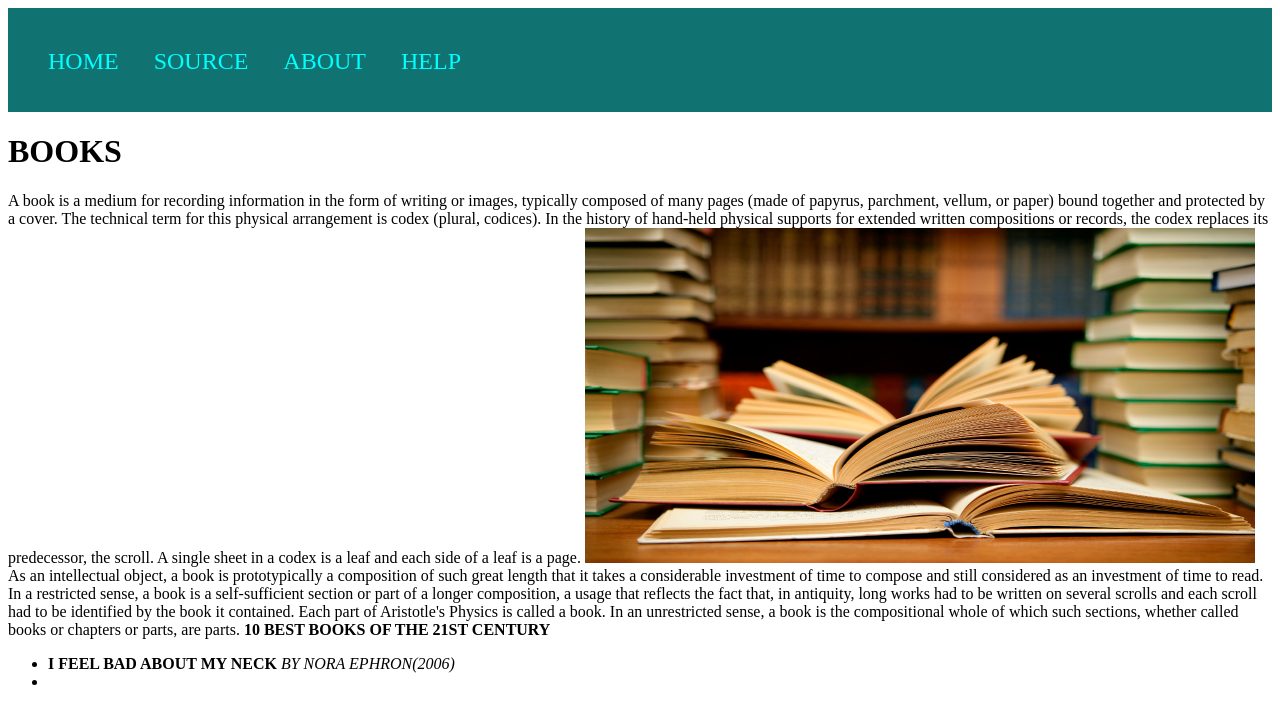
Repository: Hanan-arts/websites
Page: 01 web design/website.html
An editor plug-in stored every save of this project. The page is shown before and after a run of saves, followed by the edit.
The browser window is 1280 px wide. The pictures show the whole page.

Above is the page before, as saved 2021-02-13 21:21:44.

After the next 2 saves:
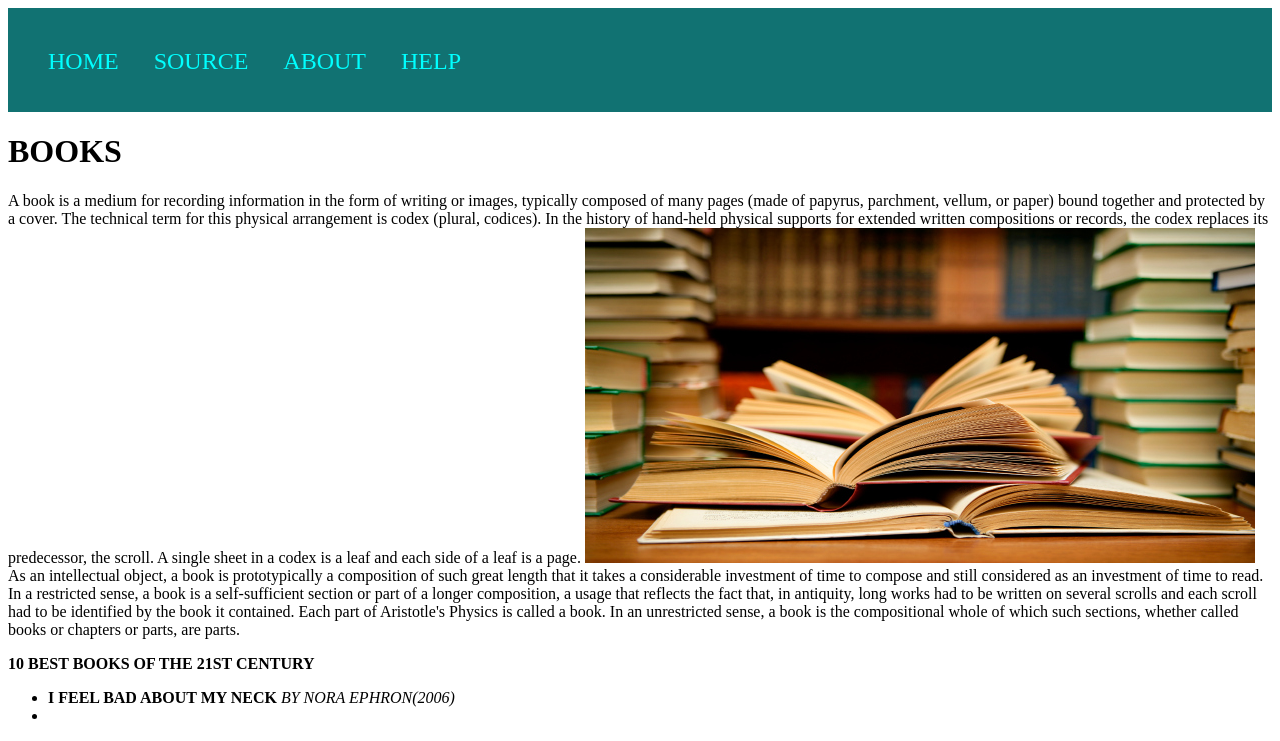
The 2 saves are shown as one change because they came seconds apart.
The last was saved 5 s later.
--- a/01 web design/website.html
+++ b/01 web design/website.html
@@ -47,7 +47,7 @@ In an unrestricted sense, a book is the compositional whole of which such sectio
 or chapters or parts,
 are parts.
 </body>
-<h1<p><b>10 BEST BOOKS OF THE 21ST CENTURY</b></p>
+<p><b>10 BEST BOOKS OF THE 21ST CENTURY</b></p>
 <p>
     <div>
         <ul>
